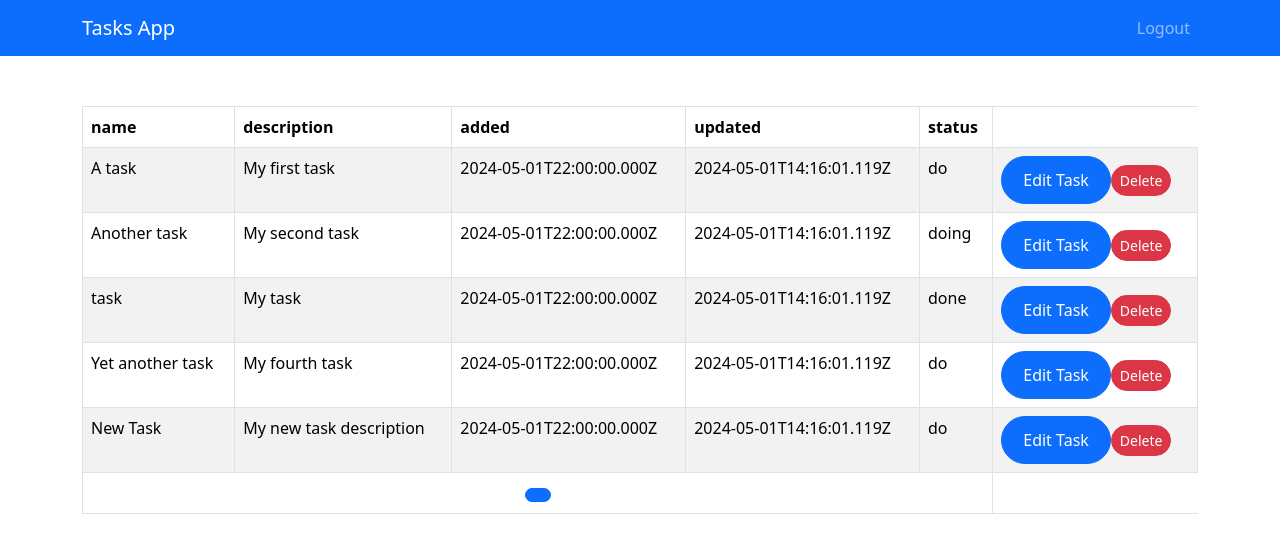
Repository: trider/react-task-manager
Page: /#/tasks
An editor plug-in stored every save of this project. The page is shown before and after the next save, followed by the edit.
The browser window is 1280 px wide. The pictures show the whole page.
The project was rebuilt for these pictures with package versions that can differ from the ones it lists, and the page was loaded fresh each time. Also part of the build but not shown: src/App.css, src/data/_Users.js, src/pages/Login.js.

Above is the page before, as saved 2024-05-06 15:33:00.

After the next save:
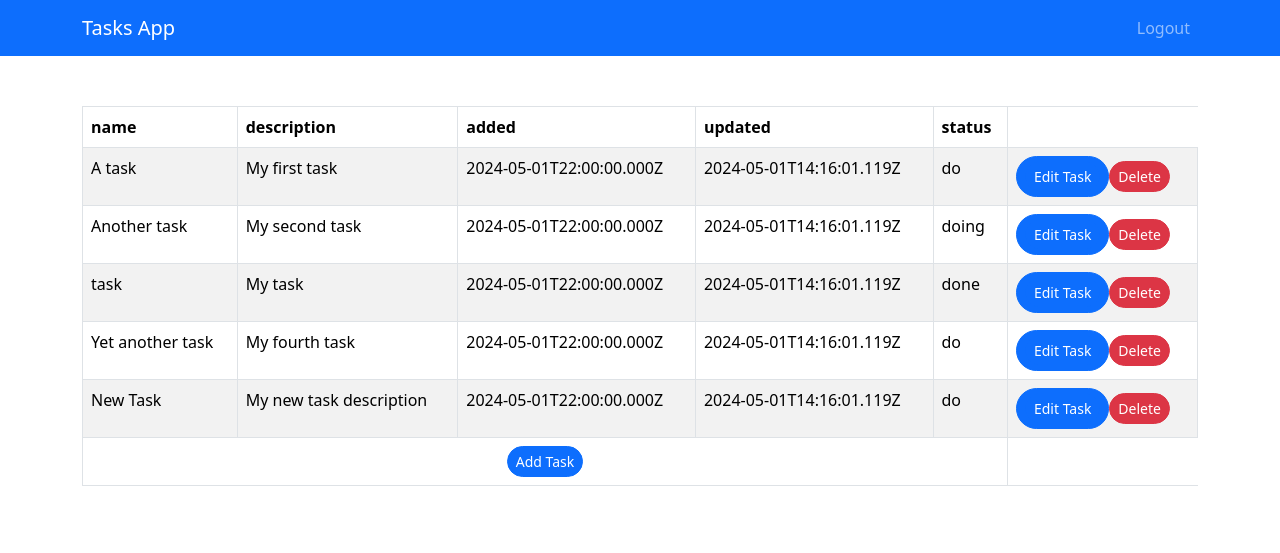
Saved 33 s later.
--- a/src/pages/Task.js
+++ b/src/pages/Task.js
@@ -29,7 +29,7 @@ const TaskTable = () => {
             <td>
 
             <Button  variant="primary rounded-pill" size='sm'>
-              <ModalComponent title={'Edit Task'}/>
+              <ModalComponent title={'Edit Task'} size={'sm'}/>
             </Button>
             <Button  variant="danger rounded-pill" size='sm' >
             Delete
@@ -45,7 +45,7 @@ const TaskTable = () => {
         <tr>
           <td colSpan={tableCols.length}>
           <div className="d-grid gap-2 d-md-flex justify-content-md-center">
-            <ModalComponent />
+            <ModalComponent title={'Add Task'} size={'sm'}/>
            </div>
           </td>
         </tr>
